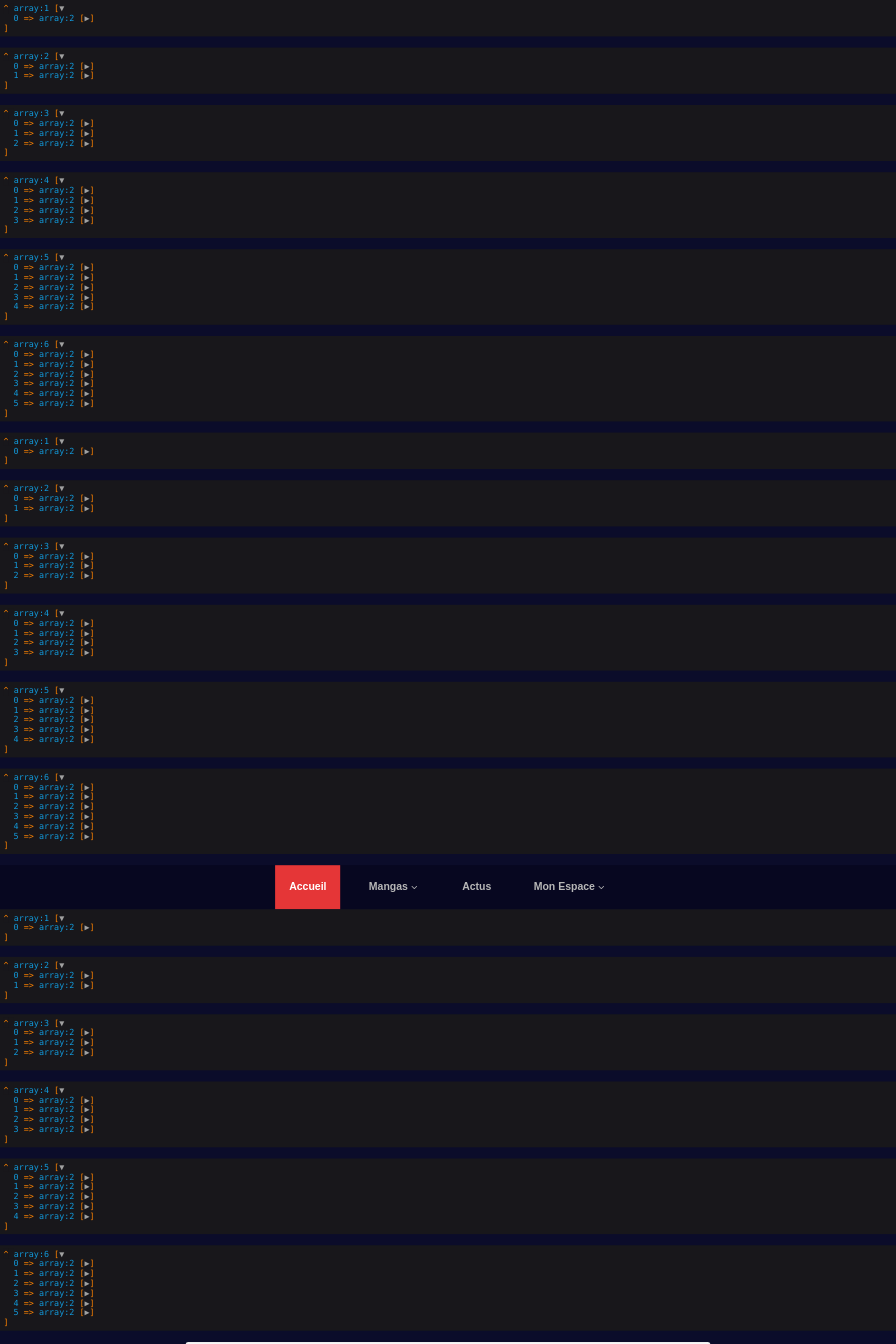
Repository: Codesieg/Chromatique
Page: http://localhost/register
The author's editor kept a copy of each file at every save. The page is drawn from the files as they stood at one save, then again after the next save.
The browser window is 1280 px wide. The pictures show the part of the page from y = 0 to 1920 px (the page is 3203 px tall before and 720 px after), at 70% of full size.
Some web fonts or font styles are not loaded; a fallback is used. The page is served by the project's Laravel application, run on PHP 8.4 with Laravel 8. The database holds what the project's SQL file puts in it.

Above is the page before, as saved 2022-04-03 20:15:43.

After the next save:
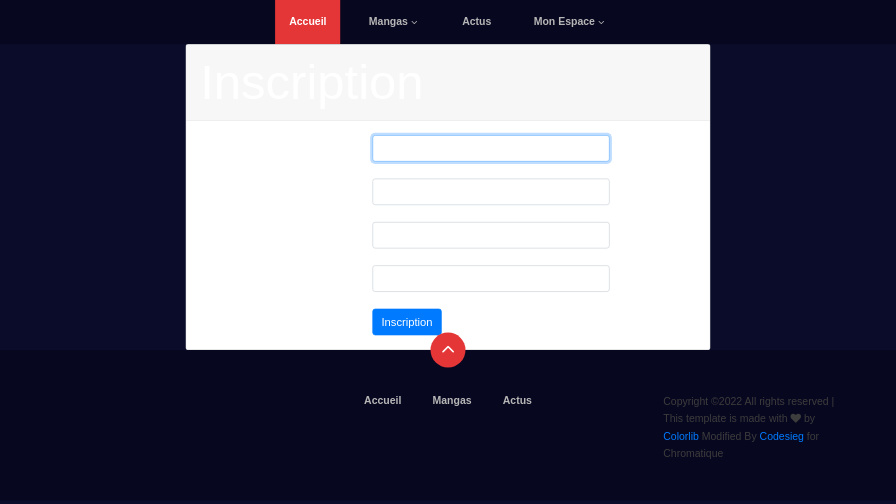
Saved 32 s later.
--- a/chromatique/app/Providers/AppServiceProvider.php
+++ b/chromatique/app/Providers/AppServiceProvider.php
@@ -36,7 +36,7 @@ class AppServiceProvider extends ServiceProvider
         foreach ($listManga as $key => $manga) {
             $listMangaName[$key]["name"] = str_replace(array("_", "'", "-"), ' ', $manga->manga_name);
             $listMangaName[$key]["id"] = $manga->id;
-            dump($listMangaName);
+            // dump($listMangaName);
         }
 // dd($listMangaName);
             $view->with('listMangasName', $listMangaName);
